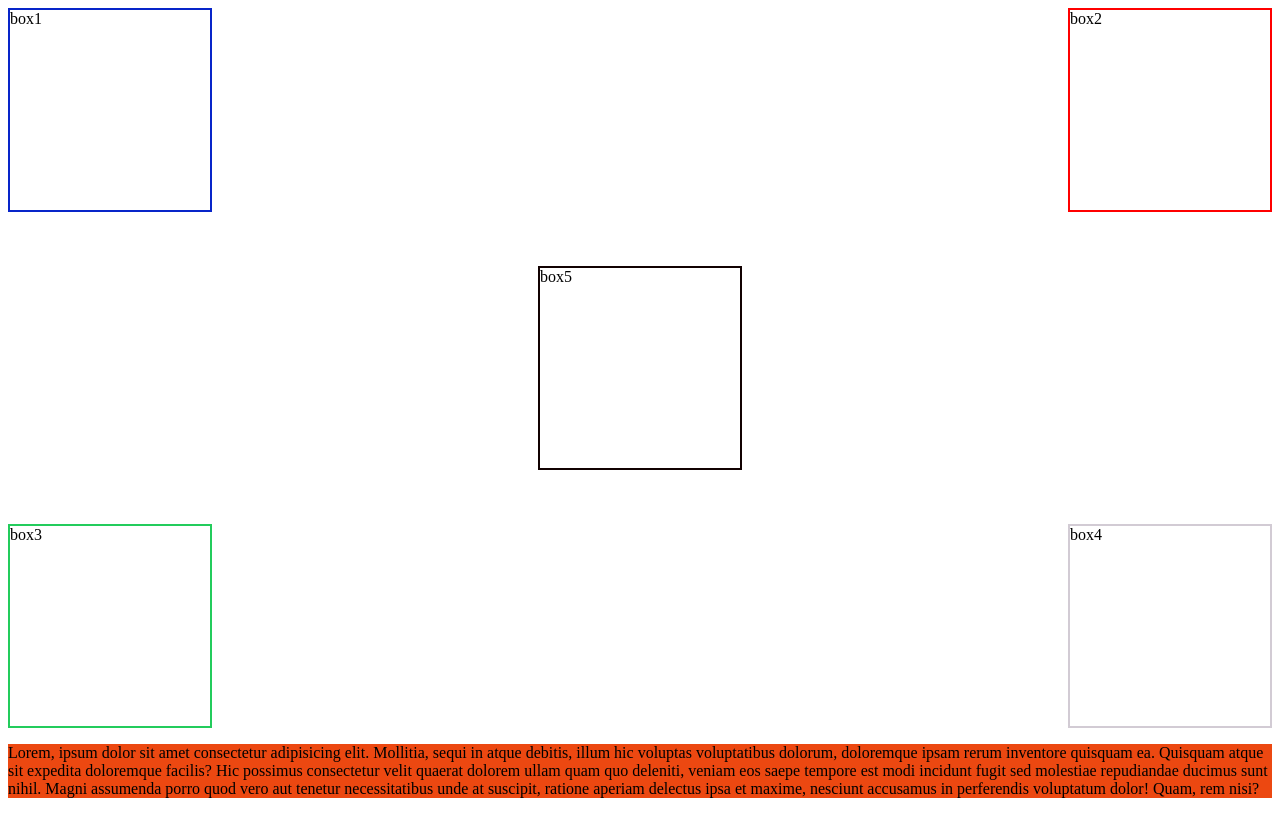
Repository: ABDUSALIMSUBAHIELBASHI/full-html-css-js
Page: Desktop/coding/css/index.html
An editor plug-in stored every save of this project. The page is shown before and after the next save, followed by the edit.
The browser window is 1280 px wide. The pictures show the whole page.

Above is the page before, as saved 2025-09-16 09:12:31.

### Desktop/coding/css/index.html
<!DOCTYPE html>
<html lang="en">

<head>
    <style>

        .container {
            height: 100vh;
            position: relative;
        }

        .box1 {
            width: 200px;
            height: 200px;
            border: 2px solid rgb(8, 37, 201);
            position: absolute;
            top: 0px;
            left: 0px;
        }

        .box2 {
            width: 200px;
            height: 200px;
            border: 2px solid red;
            position: absolute;
            top: 0px;
            right: 0px;
        }

        .box3 {
            width: 200px;
            height: 200px;
            border: 2px solid rgb(35, 204, 92);
            position: absolute;
            left: 0px;
            bottom: 0px;
        }

        .box4 {
            width: 200px;
            height: 200px;
            border: 2px solid #d2cbd4;
            position: absolute;
            right: 0px;
            bottom: 0px;
        }

        .box5 {
            width: 200px;
            height: 200px;
            border: 2px solid #110101;
            position: absolute;
            top: 50%;
            left: 50%;
            transform: translate(-50%, -50%);
        }
    </style>
    <meta charset="UTF-8">
    <meta name="viewport" content="width=device-width, initial-scale=1.0">
    <title>Document</title>
</head>

<body>
    <div style="background: ;" class="container">

        <div class="box1">box1</div>
        <div class="box2">box2</div>
        <div class="box3">box3</div>
        <div class="box4">box4</div>
        <div class="box5">box5</div>
    </div>
    <p style="background-color: rgb(236, 72, 17);">Lorem, ipsum dolor sit amet consectetur adipisicing elit. Mollitia, sequi in atque debitis, illum hic voluptas
        voluptatibus dolorum, doloremque ipsam rerum inventore quisquam ea. Quisquam atque sit expedita doloremque
        facilis? Hic possimus consectetur velit quaerat dolorem ullam quam quo deleniti, veniam eos saepe tempore est
        modi incidunt fugit sed molestiae repudiandae ducimus sunt nihil. Magni assumenda porro quod vero aut tenetur
        necessitatibus unde at suscipit, ratione aperiam delectus ipsa et maxime, nesciunt accusamus in perferendis
        voluptatum dolor! Quam, rem nisi?</p>
</body>

</html>

After the next save:
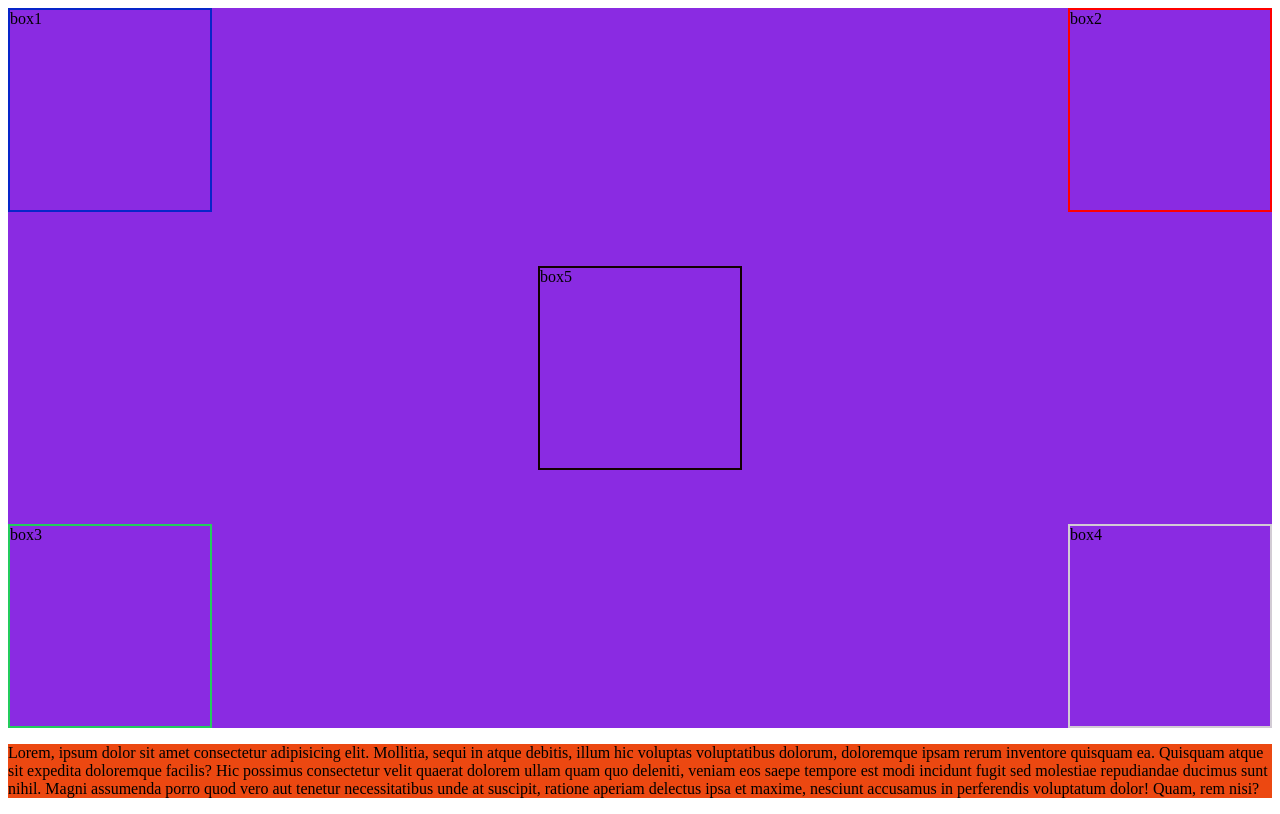
Saved 10 s later.
--- a/Desktop/coding/css/index.html
+++ b/Desktop/coding/css/index.html
@@ -61,7 +61,7 @@
 </head>
 
 <body>
-    <div style="background: ;" class="container">
+    <div style="background: blueviolet;" class="container">
 
         <div class="box1">box1</div>
         <div class="box2">box2</div>
